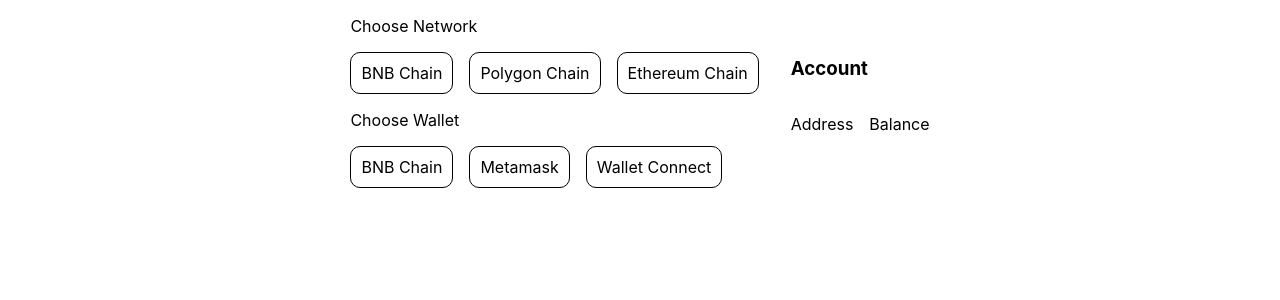
Repository: m-ahmadshaikh/Wallet-Connect
Page: /
An editor plug-in stored every save of this project. The page is shown before and after a run of saves, followed by the edit.
The browser window is 1280 px wide. The pictures show the whole page.
The project was rebuilt for these pictures with package versions that can differ from the ones it lists, and the page was loaded fresh each time.

Above is the page before, as saved 2023-01-19 18:04:32.

### src/App.js
import './App.css';
import Button from './components/Button/Button';

function App() {
  return (
    <div className='main'>
      <div>
      <p>Choose Network</p>
      <div className='flex'><Button text={'BNB Chain'}/>
      <Button text={'Polygon Chain'}/>
      <Button text={'Ethereum Chain'}/>
      </div>


      <p>Choose Wallet</p>
      <div className='flex'><Button text={'BNB Chain'}/>
      <Button text={'Metamask'} />
      <Button text={'Wallet Connect'}/>
      </div>
      </div>

      <div>
        <h3>Account</h3>
        <div className='flex'>
          <p>Address</p>
          <p>Balance</p>
        </div>
      </div>
    </div>
  );
}

export default App;

### src/App.css
body {
  height: 100vh;
}

.flex {
  display: flex;
  gap: 1em;
}

.main {
  display: flex;
  justify-content: center;
  align-items: center;
  gap: 2em;
}

### src/components/Button/Button.jsx
import React from 'react';
import classes from './Button.module.css';
function Button({ text }) {
  return <div className={classes.main}>{text}</div>;
}

export default Button;

### src/components/Button/Button.module.css
.main {
  background: white;
  border: 1px solid black;
  border-radius: 10px;
  padding: 10px;
  cursor: pointer;
}

.main:hover {
  background-color: wheat;
}

Loaded but not shown: public/index.html (common file); src/index.js (common file); src/index.css (common file); src/reportWebVitals.js (common file)

After the next 2 saves:
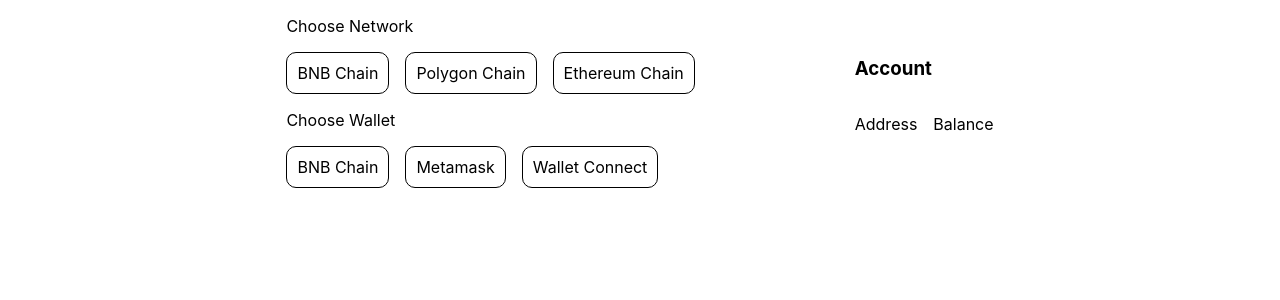
The 2 saves are shown as one change because they came seconds apart.
The last was saved 7 s later.
--- a/src/App.css
+++ b/src/App.css
@@ -11,5 +11,5 @@
   display: flex;
   justify-content: center;
   align-items: center;
-  gap: 2em;
+  gap: 10em;
 }
